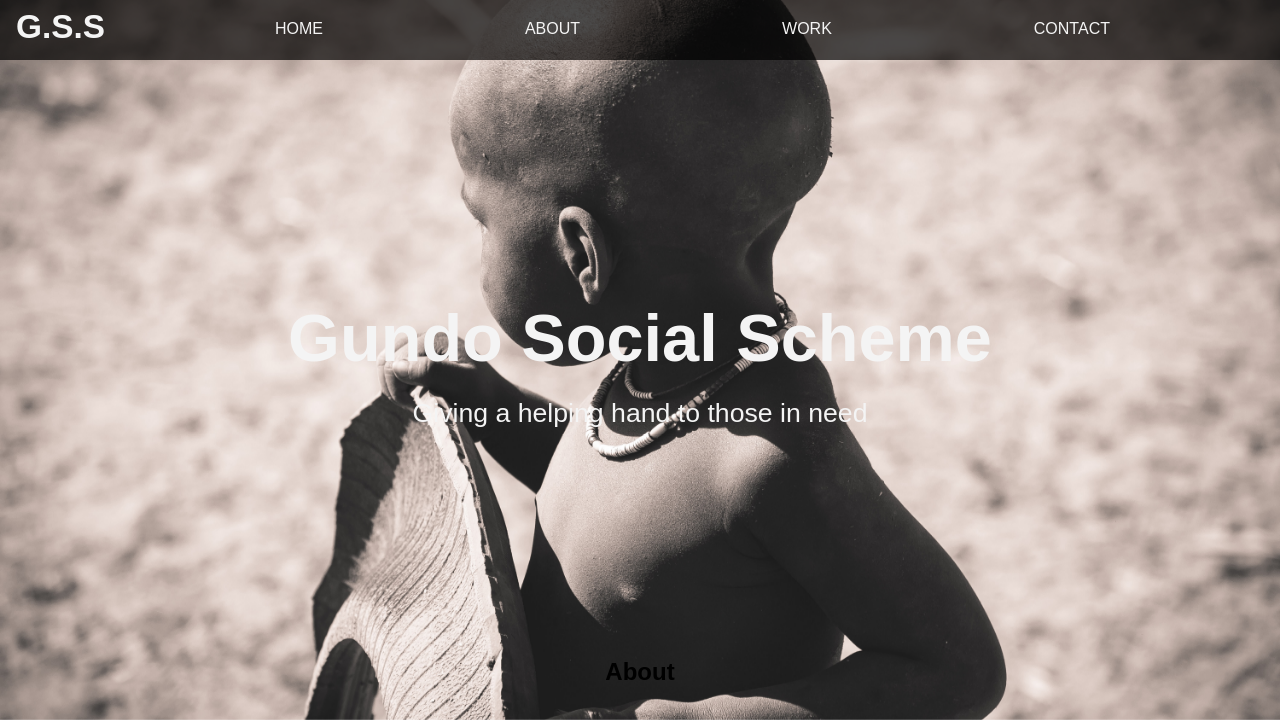
Repository: blessingNtoko/gss-basic_website
Page: index.html
The author's editor kept a copy of each file at every save. The page is drawn from the files as they stood at one save, then again after the next save.
The browser window is 1280 px wide. The pictures show the whole page.
An inner scrolling area shows only its first screen.

Above is the page before, as saved 2020-05-13 18:02:51.

### index.html
<!DOCTYPE html>
<html lang="en">

<head>
    <meta charset="UTF-8">
    <meta name="viewport" content="width=device-width, initial-scale=1.0">
    <title>Gundo Social Scheme</title>
    <link rel="stylesheet" href="style.css">
</head>

<body>
    <div class="allContain">
        <nav class="navbar">
            <h1><a href="#home">G.S.S</a></h1>
            <ul>
                <li>
                    <a href="#home">Home</a>
                </li>
                <li>
                    <a href="#about">About</a>
                </li>
                <li>
                    <a href="#work">Work</a>
                </li>
                <li>
                    <a href="#contact">Contact</a>
                </li>
            </ul>
        </nav>

        <section id="home">
            <h1>Gundo Social Scheme</h1>
            <p>Giving a helping hand to those in need</p>

        </section>

        <section id="about">
            <div class="container">
                <h1>About</h1>
                <div class="row">
                    <div class="col">
                        <img src="assets/images/temp1.jpg" alt="About image">
                    </div>
                    <div class="col">
                        <p>
                            Lorem ipsum dolor sit amet consectetur adipisicing elit. Dolore quia, nisi provident aperiam excepturi quas officiis, quam ipsa molestiae nostrum magni. Sed at maiores placeat rerum deserunt ea perspiciatis modi omnis inventore maxime sunt ratione quos
                            nihil quidem nam suscipit sint, mollitia et odit. Repellat tempore nemo mollitia, quasi dolorum optio vel voluptates hic sunt. Soluta ea voluptatibus provident quasi, consectetur incidunt quas quia. Tenetur tempora iure adipisci
                            voluptatum velit quia voluptatibus, soluta iste fugit sequi, repellendus placeat nostrum minus modi ipsum, corporis exercitationem doloribus voluptatem distinctio cumque mollitia debitis consequatur sit. Reprehenderit animi
                            natus, facilis voluptas fugiat excepturi illum.
                        </p>
                    </div>
                </div>
                <div class="row">
                    <div class="col">
                        <p>
                            Lorem ipsum dolor sit amet consectetur adipisicing elit. Consequatur eveniet, dignissimos est fugit harum provident nobis corrupti architecto ipsam culpa quibusdam quidem reprehenderit. Neque eum reprehenderit ut illo sed mollitia odit cupiditate vel
                            perspiciatis, provident ab non, earum error tenetur quia, at minus nemo adipisci quo? Velit atque aspernatur saepe quia quibusdam a ad laboriosam sit temporibus, sint neque rerum nemo nam assumenda ea omnis harum molestiae,
                            itaque rem? Animi incidunt assumenda aspernatur impedit corrupti saepe possimus aperiam neque dolor minus! Corporis odit nostrum sequi beatae enim voluptas, vitae reiciendis nulla fuga quod, tempore, non explicabo rerum praesentium
                            eligendi rem.
                        </p>
                    </div>
                    <div class="col">
                        <img src="assets/images/temp2.jpg" alt="About image">
                    </div>
                </div>
            </div>
        </section>

        <div class="fixedScroll fixedScroll1">
            <div class="fixedText">
                <span class="border trans">
                    Image Two text
                </span>
            </div>
        </div>

        <section id="work">
            <div class="container">
                <h1>Work</h1>
                <div class="row">
                    <div class="col">
                        <img src="assets/images/workImages/work1.jpeg" alt="">
                    </div>
                    <div class="col">
                        <img src="assets/images/workImages/work2.jpeg" alt="">

                    </div>
                    <div class="col">
                        <img src="assets/images/workImages/work3.jpeg" alt="">

                    </div>

                    <div class="col">
                        <img src="assets/images/workImages/work4.jpeg" alt="">

                    </div>
                    <div class="col">
                        <img src="assets/images/workImages/work5.jpeg" alt="">

                    </div>
                    <div class="col">
                        <img src="assets/images/workImages/work6.jpeg" alt="">

                    </div>
                    <div class="col">
                        <img src="assets/images/workImages/work7.jpeg" alt="">

                    </div>
                    <div class="col">
                        <img src="assets/images/workImages/work8.jpeg" alt="">

                    </div>
                    <div class="col">
                        <img src="assets/images/workImages/work9.jpeg" alt="">

                    </div>
                    <div class="col">
                        <img src="assets/images/workImages/work10.jpeg" alt="">

                    </div>
                </div>
            </div>
        </section>

        <div class="fixedScroll fixedScroll2">
            <div class="fixedText">
                <span class="border trans">
                    Image Two text
                </span>
            </div>
        </div>

        <section id="contact">
            <div class="container">
                <h1>Contact</h1>
                <div class="row">
                    <div class="col">
                        <img src="" alt="">
                    </div>
                    <div class="col">

                    </div>
                    <div class="col">

                    </div>
                </div>
            </div>
            <footer>

            </footer>
        </section>
    </div>

</body>

</html>

### style.css
* {
    margin: 0;
    padding: 0;
}

body {
    font-family: Arial, Helvetica, sans-serif;
    line-height: 1.6;
    height: 100vh;
    overflow: hidden;
}

.allContain {
    width: 100%;
    height: 100%;
    /* CSS smooth scroll properties */
    overflow-y: scroll;
    scroll-behavior: smooth;
    scroll-snap-type: y mandatory;
}

.navbar {
    position: fixed;
    top: 0;
    z-index: 1;
    display: flex;
    width: 100%;
    height: 60px;
    background: rgba(0, 0, 0, 0.7);
}

.navbar h1 {
    color: white;
    font-size: 25pt;
    margin-left: 1rem;
}

.navbar h1 a {
    text-decoration: none;
    text-transform: uppercase;
    color: #f4f4f4;
}

.navbar h1 a:hover {
    color: rgb(63, 63, 196);
}

.navbar ul {
    display: flex;
    list-style: none;
    width: 100%;
    justify-content: space-evenly;
}

.navbar ul li {
    margin: 0 1rem;
    padding: 1rem;
}

.navbar ul li a {
    text-decoration: none;
    text-transform: uppercase;
    color: #f4f4f4;
}

.navbar ul li a:hover {
    color: rgb(63, 63, 196);
}

section {
    display: flex;
    flex-direction: column;
    align-items: center;
    justify-content: center;
    text-align: center;
    width: 100%;
    height: 100vh;
    scroll-snap-align: center;
}

#home {
    background-image: url(assets/images/tempy4.jpg);
    background-position: center;
    background-repeat: no-repeat;
    background-size: cover;
    background-attachment: fixed;
    color: #f4f4f4;
}

#home h1 {
    font-size: 50pt;
}

#home p {
    font-size: 20pt;
}

#about {
    margin-top: 3rem;
}

#about img {
    text-align: center;
    width: 35rem;
    height: 25rem;
}

.fixedScroll {
    position: relative;
    opacity: 0.7;
    background-position: center;
    background-size: cover;
    background-repeat: no-repeat;
    background-attachment: fixed;
}

.fixedScroll1 {
    background-image: url(assets/images/tempy5.jpg);
    min-height: 400px;
}

.fixedScroll2 {
    background-image: url(assets/images/tempy6.jpg);
    min-height: 400px;
}

#about .row {
    display: flex;
    flex-direction: row;
    justify-content: center;
    margin-top: 3rem;
}

#work .row {
    display: flex;
    flex-direction: row;
    flex-wrap: wrap;
    justify-content: space-evenly;
    align-items: center;
}

#work .row img {
    width: 20rem;
    height: 25rem;
    line-height: 1rem;
}

After the next save:
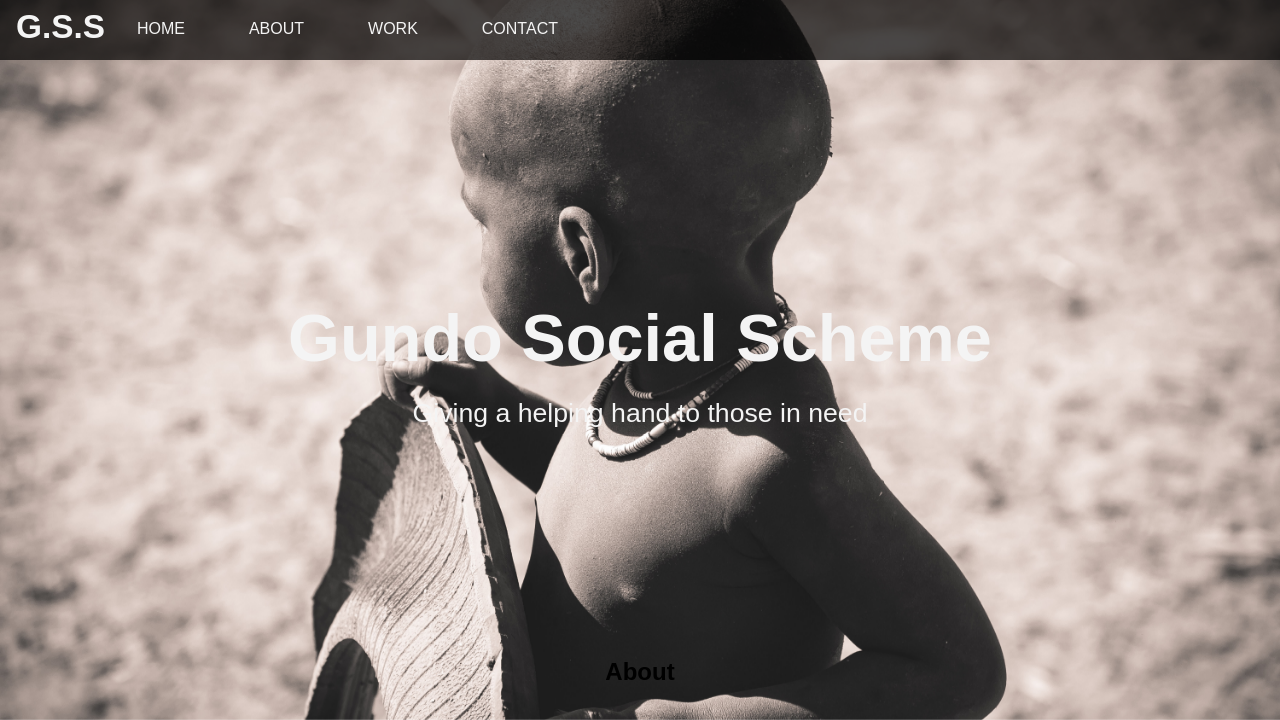
Saved 3 min 32 s later.
--- a/style.css
+++ b/style.css
@@ -24,6 +24,7 @@ body {
     top: 0;
     z-index: 1;
     display: flex;
+    justify-content: space-between;
     width: 100%;
     height: 60px;
     background: rgba(0, 0, 0, 0.7);
@@ -49,7 +50,7 @@ body {
     display: flex;
     list-style: none;
     width: 100%;
-    justify-content: space-evenly;
+    /* justify-content: space-evenly; */
 }
 
 .navbar ul li {
